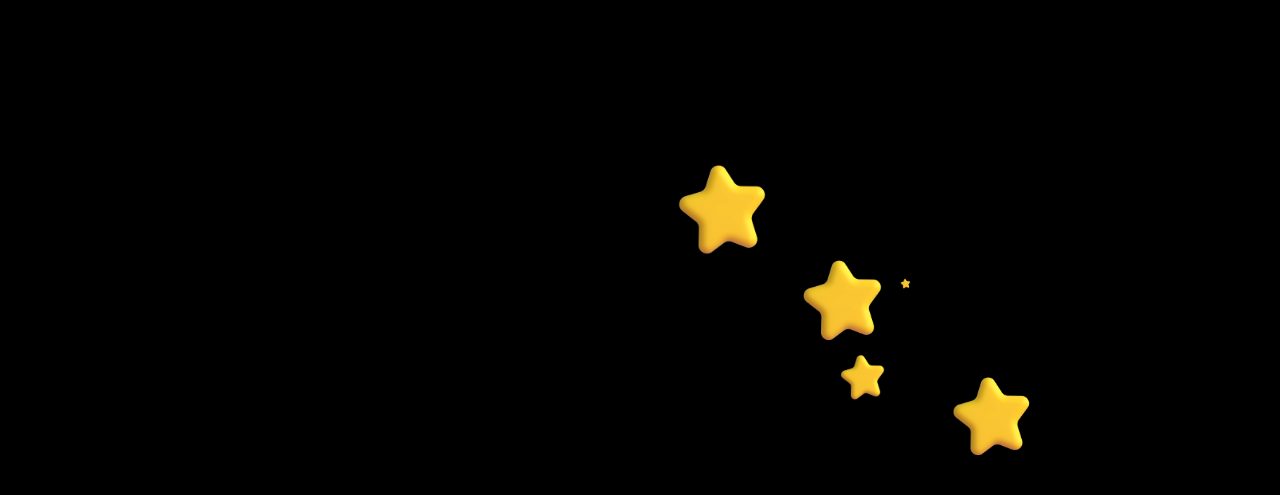
Repository: heartbreathing/Star-game
Page: index.html
These files come from the project's save history. The page is drawn as it stood at one moment and after the next save; the edit follows.
The browser window is 1280 px wide. The pictures show the whole page.

Above is the page before, as saved 2022-10-29 12:33:57.

### index.html
<!DOCTYPE html>
<html lang="en">
  <head>
    <meta charset="UTF-8" />
    <meta http-equiv="X-UA-Compatible" content="IE=edge" />
    <meta name="viewport" content="width=device-width, initial-scale=1.0" />
    <title>Document</title>
    <style>
      body {
        background-color: black;
      }
    </style>
  </head>
  <body>
    <script>
      function star() {
        let timer = setInterval(function () {
          var obj = document.createElement('img');
          var wid = Math.floor(Math.random() * 100 + 10);
          obj.width = wid;
          var x = Math.floor(Math.random() * 1000 + 100);
          var y = Math.floor(Math.random() * 300 + 100);
          obj.style.position = 'absolute';
          obj.style.top = y + 'px';
          obj.style.left = x + 'px';
          obj.src = './image/star.png';
          document.body.appendChild(obj);
          obj.addEventListener('click', function () {
            // this.parentNode.removeChild(this);
            this.remove(this);
          });
        }, 1000);
      }
      star();
    </script>
  </body>
</html>

After the next save:
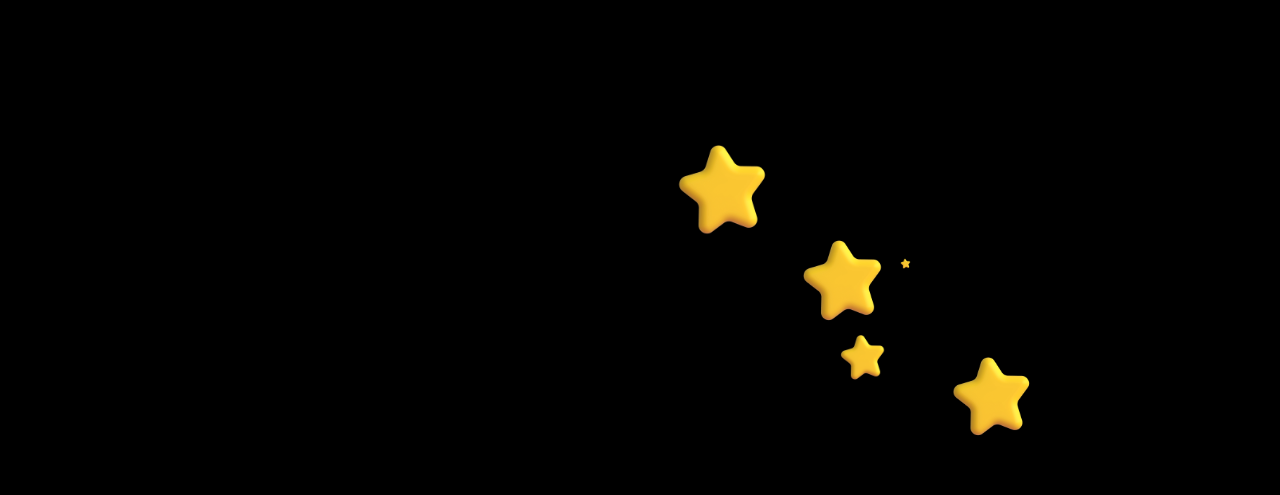
Saved 28 s later.
--- a/index.html
+++ b/index.html
@@ -19,7 +19,7 @@
           var wid = Math.floor(Math.random() * 100 + 10);
           obj.width = wid;
           var x = Math.floor(Math.random() * 1000 + 100);
-          var y = Math.floor(Math.random() * 300 + 100);
+          var y = Math.floor(Math.random() * 300 + 80);
           obj.style.position = 'absolute';
           obj.style.top = y + 'px';
           obj.style.left = x + 'px';
